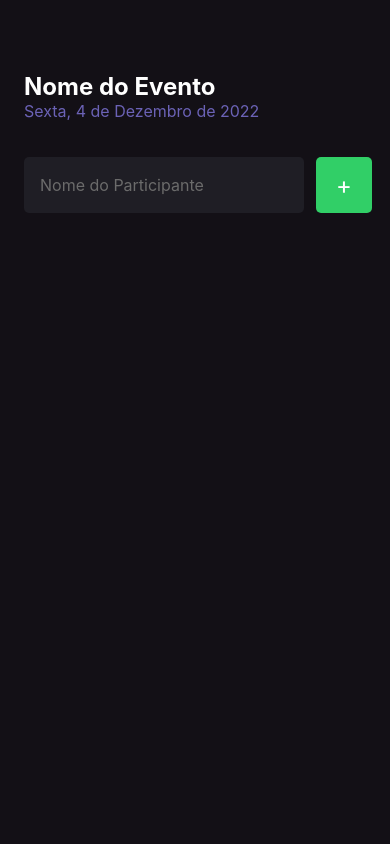
Repository: guilhermecardoso93/reactNative-ignite-imhere
Screen: /
These files come from the project's save history. The screen is drawn as it stood at one moment and after the next save; the edit follows.
The app was drawn by React Native's web renderer in a window 390 px wide. The project was rebuilt for these pictures with package versions that can differ from the ones it lists, and the page was loaded fresh each time.

Above is the screen before, as saved 2022-10-02 20:12:04.

### App.tsx
import { Text, View, StyleSheet } from "react-native";
import Home from "./src/screens/Home";

export default function App() {
  return (
    <>
      <Home/>
    </>
  );
}

### src/screens/Home/index.tsx
import { Text, View, TextInput, TouchableOpacity } from "react-native";

import { styles } from "./styles";

export default function Home() {
  function handleAddPArticipant() {
    console.log("ADD part");
  }

  return (
    <View style={styles.container}>
      <Text style={styles.eventName}>Nome do Evento</Text>
      <Text style={styles.eventDate}>Sexta, 4 de Dezembro de 2022</Text>
      <View style={styles.form}>
        <TextInput
          style={styles.eventInput}
          placeholder="Nome do Participante"
          placeholderTextColor="#6b6b6b"
        />
        <TouchableOpacity style={styles.button} onPress={handleAddPArticipant}>
          <Text style={styles.buttonText}>+</Text>
        </TouchableOpacity>
      </View>
    </View>
  );
}

### src/screens/Home/styles.ts
import { StyleSheet } from "react-native";

export const styles = StyleSheet.create({
  container: {
    flex: 1,
    padding: 24,
    backgroundColor: "#131016",
  },
  eventName: {
    color: "#fff",
    fontSize: 24,
    fontWeight: "bold",
    marginTop: 48,
  },
  eventDate: {
    color: "#6b62b6",
    fontSize: 16,
  },

  eventInput: {
    backgroundColor: "#1f1e25",
    color: "#FFF",
    height: 56,
    flex: 1,
    borderRadius: 5,
    padding: 16,
    fontSize: 16,
    marginRight: 12,
  },

  button: {
    width: 56,
    height: 56,
    borderRadius: 5,
    backgroundColor: "#31cf67",
    alignItems: "center",
    justifyContent: "center",
  },
  buttonText: {
    color: "#FFF",
    fontSize: 24,
  },
  form: {
    width: "100%",
    flexDirection: "row",
    marginTop: 36,
    marginBottom: 42,
  },
});

### src/components/Participant/index.tsx
import { Text, View } from "react-native";

export function Participant(){
  return (
    <View>
      <Text>Guilherme Cardoso</Text>
    </View>
  )
}

After the next save:
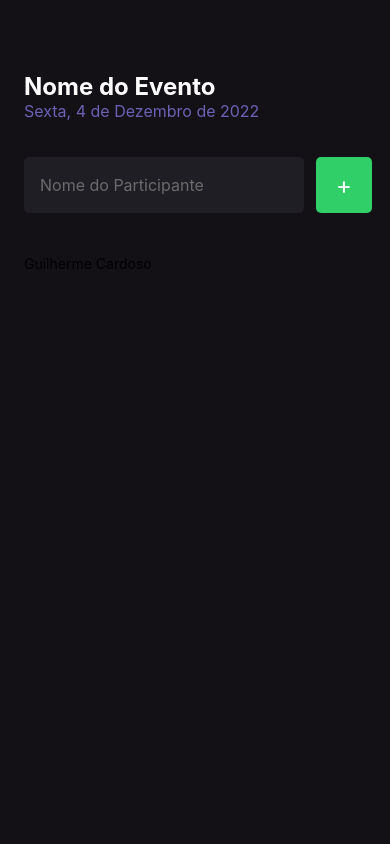
Saved 13 s later.
--- a/src/screens/Home/index.tsx
+++ b/src/screens/Home/index.tsx
@@ -1,4 +1,5 @@
 import { Text, View, TextInput, TouchableOpacity } from "react-native";
+import { Participant } from "../../components/Participant";
 
 import { styles } from "./styles";
 
@@ -21,6 +22,7 @@ export default function Home() {
           <Text style={styles.buttonText}>+</Text>
         </TouchableOpacity>
       </View>
+      <Participant/>
     </View>
   );
 }
